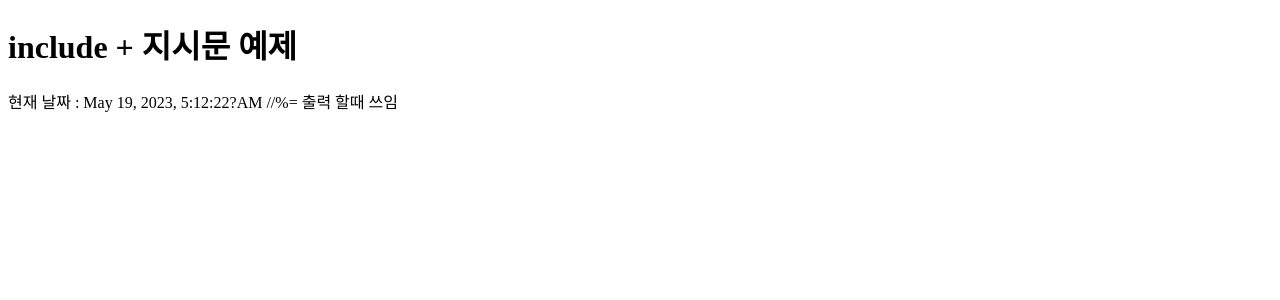
Repository: Yang-Seungjae/JSPservlet
Page: http://localhost/example1/ex7/head.jsp
An editor plug-in stored every save of this project. The page is shown before and after the next save, followed by the edit.
The browser window is 1280 px wide. The pictures show the whole page.
The page is served by Tomcat 9. Other server files are loaded and not shown.

Above is the page before, as saved 2023-05-23 01:32:14.

### example1/src/main/webapp/ex7/head.jsp
<%@ page language="java" contentType="text/html; charset=EUC-KR"
    pageEncoding="EUC-KR"%>
<!DOCTYPE html>
<%@ page import = "java.util.Date" %>
<%@ page session = "false" %>
<%! Date date;
String naem;
String email;
%>
<%!
public int getLength(){
	int len = email.length();
	return len;
}
%>
<html>
<head>
<meta charset="EUC-KR">
<title>Insert title here</title>
</head>
<body>
<h1> include + 지시문 예제</h1>
<%
	date = new Date();
%>

현재 날짜 : <%= date.toLocaleString() %>  //%= 출력 할때 쓰임
</body>
</html>

After the next save:
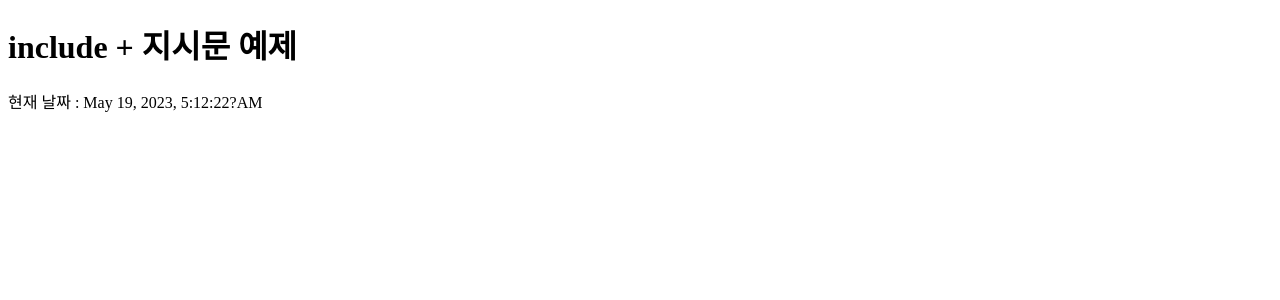
Saved 20 s later.
--- a/example1/src/main/webapp/ex7/head.jsp
+++ b/example1/src/main/webapp/ex7/head.jsp
@@ -3,7 +3,8 @@
 <!DOCTYPE html>
 <%@ page import = "java.util.Date" %>
 <%@ page session = "false" %>
-<%! Date date;
+<%!
+Date date;
 String naem;
 String email;
 %>
@@ -24,6 +25,6 @@ public int getLength(){
 	date = new Date();
 %>
 
-현재 날짜 : <%= date.toLocaleString() %>  //%= 출력 할때 쓰임
+현재 날짜 : <%= date.toLocaleString() %>
 </body>
 </html>
